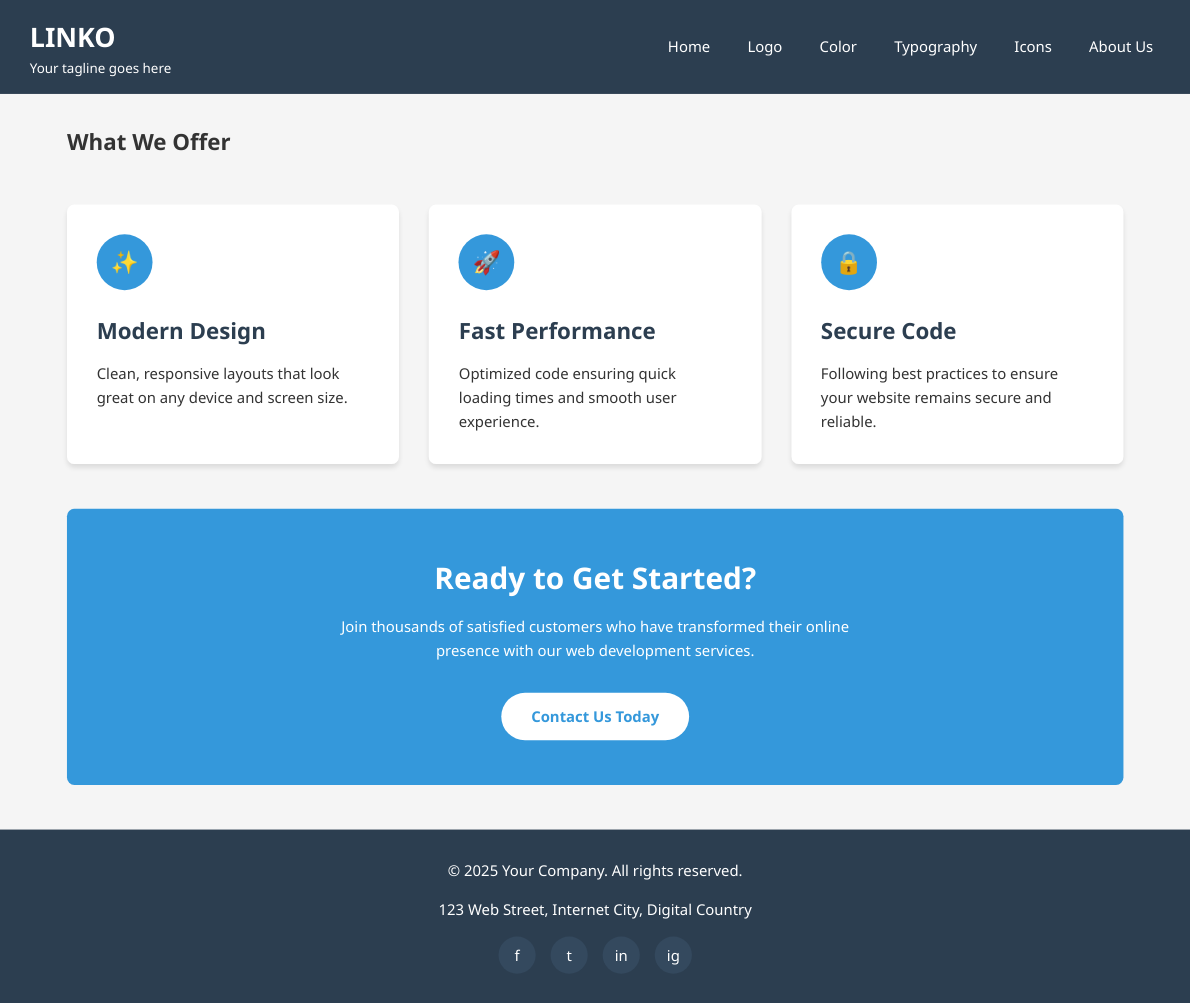
Repository: primcharlin/LINKO-A5Styleguide
Page: index.html
An editor plug-in stored every save of this project. The page is shown before and after the next save, followed by the edit.
The browser window is 1280 px wide. The pictures show the whole page, at 93% of full size.

Above is the page before, as saved 2025-04-09 13:50:38.

After the next save:
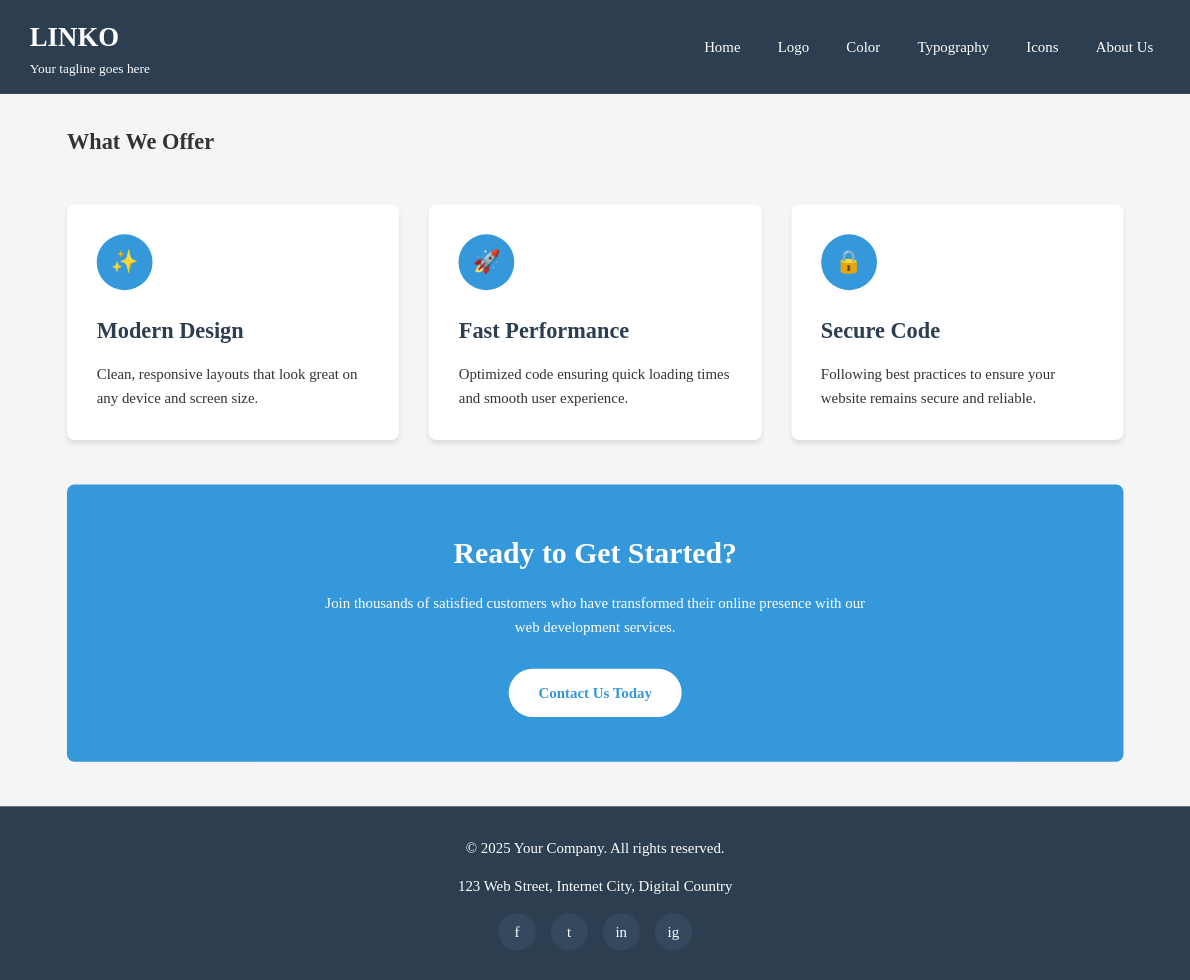
Saved 2 min 36 s later.
--- a/styles.css
+++ b/styles.css
@@ -3,7 +3,7 @@
     margin: 0;
     padding: 0;
     box-sizing: border-box;
-    font-family: 'Segoe UI', Tahoma, Geneva, Verdana, sans-serif;
+    font-family: lexend;
 }
 
 /* Body styles */
